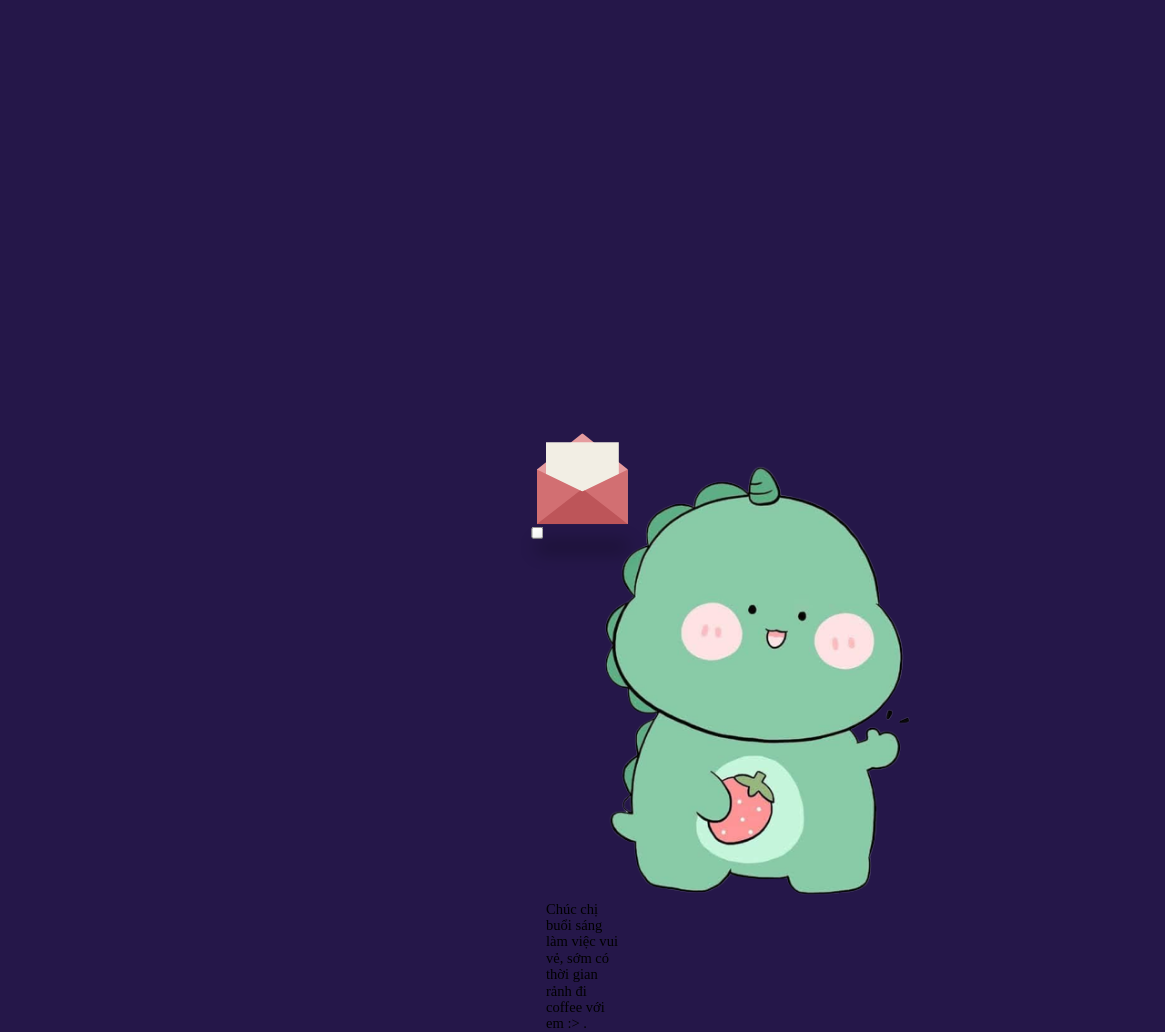
Repository: Dangtrinh28/letter
Page: index.html
An editor plug-in stored every save of this project. The page is shown before and after a run of saves, followed by the edit.
The browser window is 1280 px wide. The pictures show the whole page, at 91% of full size.

Above is the page before, as saved 2022-12-15 23:42:19.

### index.html
<!DOCTYPE html>
<html lang="en">
<head>
    <meta charset="UTF-8">
    <meta http-equiv="X-UA-Compatible" content="IE=edge">
    <meta name="viewport" content="width=device-width, initial-scale=1.0">
    <title>Good Morning</title>
    <link rel="stylesheet" href="./main.css">
</head>
<body>
    <div class="message">
        <div class="box">
            <input type="checkbox" name="" id="message">
            <div class="content">
                <img src="./khunglong.png"  class="img" alt="">
                <div class="title"></div>
                <div class="desc">Chúc chị buổi sáng làm việc vui vẻ, sớm có thời gian rảnh đi coffee với em :> .
                </div>
            </div>
            <label for="message" class="design-Box"></label>
        </div>
    </div>
</body>
</html>

### main.css
body {
    overflow: hidden;
    background-color: #251749;
}

.box {
    position: absolute;
    top: 80%;
    left: 50%;
    transform: translate(-50%,-50%);
    width: 100px;
}

.box::before {
    position: absolute;
    content: "";
    background-color: #e69c9f;
    width: 100px;
    height: 100px;
    bottom: 0;
    left: 0;
    clip-path: polygon(0 40%, 50% 0, 100% 40%, 100% 100%, 0 100%);
}

.box::after {
    position: absolute;
    width: 100px;
    background-color: #000;
    content: "";
    height: 10px;
    bottom: -30px;
    opacity: 0.4;
    filter: blur(10px);
}

.content {
    position: absolute;
    background: #f2eee4;
    width: 80%;
    left: 50%;
    bottom: 0;
    transform: translate(-50%, -10px);
    height: 80px;
    transition: 0.5s;
}

.design-Box {
    position: absolute;
    bottom: 0;
    left: 0;
    width: 100%;
    height: 60px;
    background-color: #d26f72;
    display: block;
    clip-path: polygon(50% 40%, 100% 0, 100% 100%, 0 100%, 0 0);
}

.design-Box::after {
    position: absolute;
    bottom: 0;
    left: 0;
    width: 100%;
    height: 65%;
    background-color: #bd5559;
    content: "";
    clip-path: polygon(0 100%, 50% 0%, 100% 100%);
}
.box:hover .content{
    cursor: pointer;
    transform: translate(-50%, -30px);
}

input {
    position: absolute;
    left: -10px;
}

input:checked ~ .content {
    bottom: 150px;
    width: 250px;
    height: 400px;
    margin: 0;
    left: 50%;
    transform: translate(-50%);
}

.img {

}

After the next 2 saves:
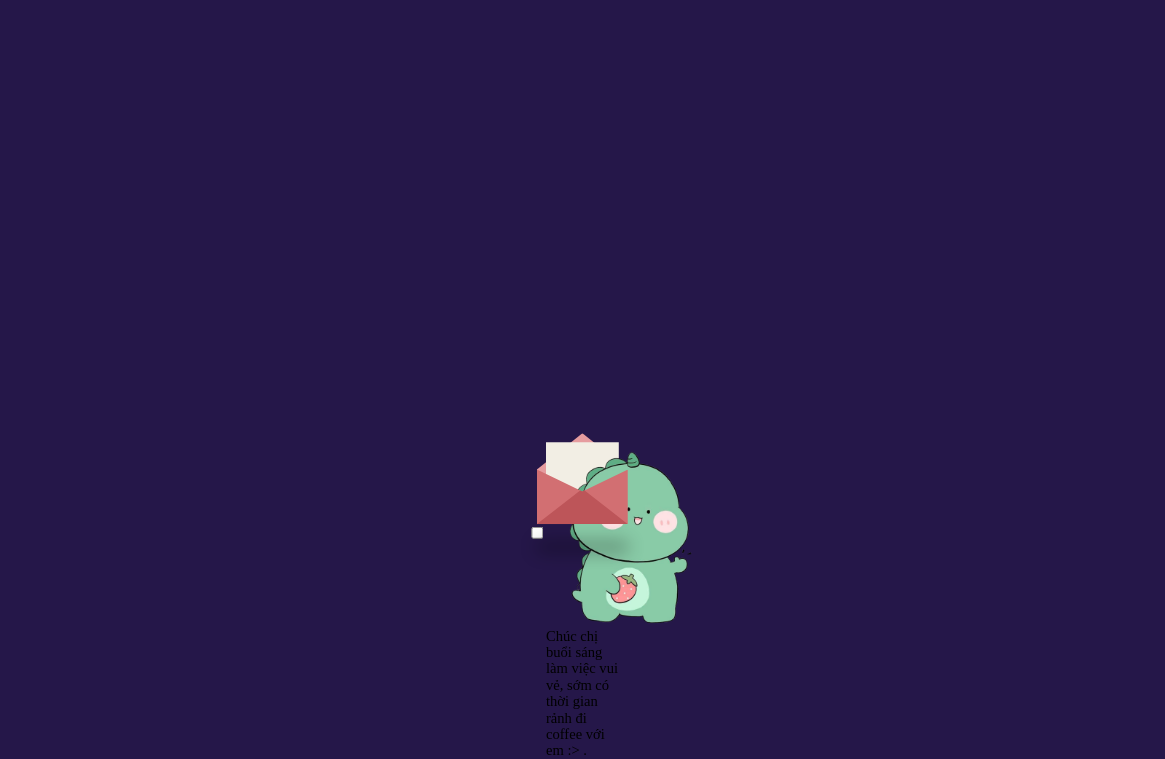
The 2 saves are shown as one change because they came seconds apart.
The last was saved 44 s later.
--- a/main.css
+++ b/main.css
@@ -85,5 +85,6 @@ input:checked ~ .content {
 }
 
 .img {
-
+    width: 200px;
+    object-fit: cover;
 }
